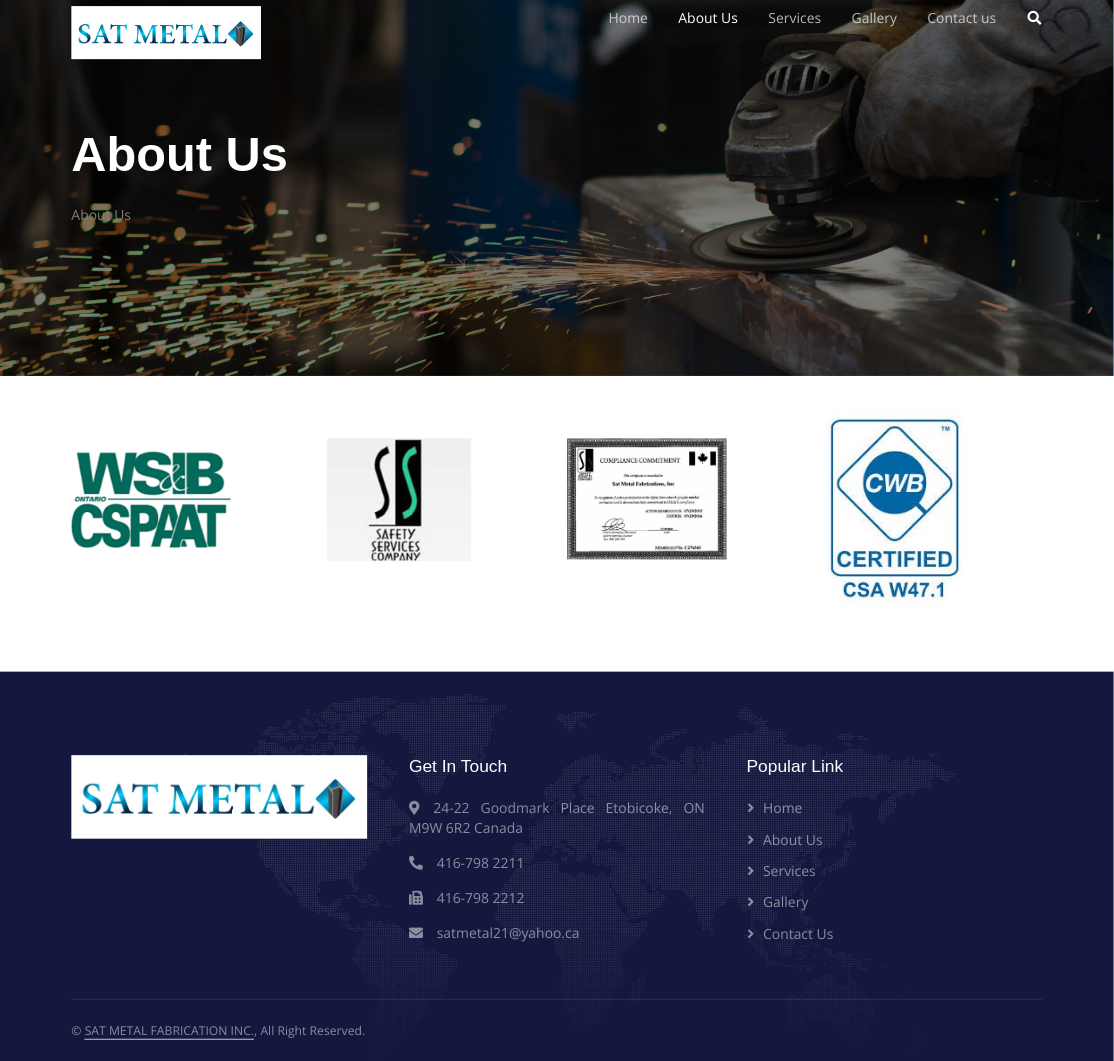
Repository: dzyte-services/satmetal
Page: http://localhost/about.php
These files come from the project's save history. The page is drawn as it stood at one moment and after the next save; the edit follows.
The browser window is 1280 px wide. The pictures show the whole page, at 87% of full size.
Some web fonts or font styles are not loaded; a fallback is used. Some web libraries are served in a nearby version. The page is run by PHP 8.4 with error messages shown; the project is at /var/www/html/.

Above is the page before, as saved 2023-11-08 17:52:00.

### about.php
<!DOCTYPE html>
<html lang="en">

<head>
    <meta charset="utf-8">
    <title>SAT - About</title>
    <meta content="width=device-width, initial-scale=1.0" name="viewport">
    <meta content="" name="keywords">
    <meta content="" name="description">

    <!-- Favicon -->
    <link href="img/favicon.ico" rel="icon">

    <!-- Google Web Fonts -->
    <link rel="preconnect" href="https://fonts.googleapis.com">
    <link rel="preconnect" href="https://fonts.gstatic.com" crossorigin>
    <link href="https://fonts.googleapis.com/css2?family=Open+Sans:wght@400;600&family=Ubuntu:wght@500;700&display=swap"
        rel="stylesheet">

    <!-- Icon Font Stylesheet -->
    <link href="https://cdnjs.cloudflare.com/ajax/libs/font-awesome/5.10.0/css/all.min.css" rel="stylesheet">
    <link href="https://cdn.jsdelivr.net/npm/bootstrap-icons@1.4.1/font/bootstrap-icons.css" rel="stylesheet">

    <!-- Libraries Stylesheet -->
    <link href="lib/animate/animate.min.css" rel="stylesheet">
    <link href="lib/owlcarousel/assets/owl.carousel.min.css" rel="stylesheet">

    <!-- Customized Bootstrap Stylesheet -->
    <link href="css/bootstrap.min.css" rel="stylesheet">

    <!-- Template Stylesheet -->
    <link href="css/style.css" rel="stylesheet">
</head>

<body>
    <!-- Spinner Start -->
    <!-- <div id="spinner"
        class="show bg-white position-fixed translate-middle w-100 vh-100 top-50 start-50 d-flex align-items-center justify-content-center">
        <div class="spinner-grow text-primary" style="width: 3rem; height: 3rem;" role="status">
            <span class="sr-only">Loading...</span>
        </div>
    </div> -->
    <!-- Spinner End -->


    <!-- Navbar Start -->
    <?php
        include "header.php";
    ?>
    <!-- Navbar End -->





    <!-- Full Screen Search Start -->
    <div class="modal fade" id="searchModal" tabindex="-1">
        <div class="modal-dialog modal-fullscreen">
            <div class="modal-content" style="background: rgba(20, 24, 62, 0.7);">
                <div class="modal-header border-0">
                    <button type="button" class="btn btn-square bg-white btn-close" data-bs-dismiss="modal"
                        aria-label="Close"></button>
                </div>
                <div class="modal-body d-flex align-items-center justify-content-center">
                    <div class="input-group" style="max-width: 600px;">
                        <input type="text" class="form-control bg-transparent border-light p-3"
                            placeholder="Type search keyword">
                        <button class="btn btn-light px-4"><i class="bi bi-search"></i></button>
                    </div>
                </div>
            </div>
        </div>
    </div>
    <!-- Full Screen Search End -->


    <!-- About Start -->
    <!-- Modal gallery -->
    <!-- Section: Images -->
    <div class="container-fluid py-5">
        <div class="container">
        <div class="row mt-4">
    <div class="col-lg-3 col-md-4 col-sm-6 mb-4">
        <div class="bg-image hover-overlay ripple shadow-1-strong rounded" data-ripple-color="light">
            <img src="img/img2.png" class="" style="width: 70%;" />
            <a href="#!" data-mdb-toggle="modal" data-mdb-target="#exampleModal2">
                <div class="mask" style="background-color: rgba(251, 251, 251, 0.2);"></div>
            </a>
        </div>
    </div>

    <div class="col-lg-3 col-md-4 col-sm-6 mb-4">
        <div class="bg-image hover-overlay ripple shadow-1-strong rounded" data-ripple-color="light">
            <img src="img/img3.png" class="" style="width: 70%;" />
            <a href="#!" data-mdb-toggle="modal" data-mdb-target="#exampleModal2">
                <div class="mask" style="background-color: rgba(251, 251, 251, 0.2);"></div>
            </a>
        </div>
    </div>

    <div class="col-lg-3 col-md-4 col-sm-6 mb-4">
        <div class="bg-image hover-overlay ripple shadow-1-strong rounded" data-ripple-color="light">
            <img src="img/img1.png" class="" style="width: 70%;" />
            <a href="#!" data-mdb-toggle="modal" data-mdb-target="#exampleModal2">
                <div class="mask" style="background-color: rgba(251, 251, 251, 0.2);"></div>
            </a>
        </div>
    </div>

    <div class="col-lg-3 col-md-4 col-sm-6 mb-4">
        <div class="bg-image hover-overlay ripple shadow-1-strong rounded" data-ripple-color="light">
            <img src="img/img4.jpeg" class="" style="width: 70%; margin-top: -35px;" />
            <a href="#!" data-mdb-toggle="modal" data-mdb-target="#exampleModal2">
                <div class="mask" style="background-color: rgba(251, 251, 251, 0.2);"></div>
            </a>
        </div>
    </div>
</div>


        </div>
    </div>


    <!-- Footer Start -->
    <?php
        include "footer.php";
    ?>
    <!-- Footer End -->


    <!-- Back to Top -->
    <a href="#" class="btn btn-lg btn-primary btn-lg-square back-to-top pt-2"><i class="bi bi-arrow-up"></i></a>


    <!-- JavaScript Libraries -->
    <script src="https://ajax.googleapis.com/ajax/libs/jquery/3.6.1/jquery.min.js"></script>
    <script src="https://cdn.jsdelivr.net/npm/bootstrap@5.0.0/dist/js/bootstrap.bundle.min.js"></script>
    <script src="lib/wow/wow.min.js"></script>
    <script src="lib/easing/easing.min.js"></script>
    <script src="lib/waypoints/waypoints.min.js"></script>
    <script src="lib/counterup/counterup.min.js"></script>
    <script src="lib/owlcarousel/owl.carousel.min.js"></script>

    <!-- Template Javascript -->
    <script src="js/main.js"></script>
</body>

</html>

### header.php
    <?php
        $currentPage1 = basename($_SERVER['PHP_SELF']);
    ?>
    <!-- Spinner Start -->
    <div id="spinner"
        class="show bg-white position-fixed translate-middle w-100 vh-100 top-50 start-50 d-flex align-items-center justify-content-center">
        <div class="spinner-grow text-primary" style="width: 3rem; height: 3rem;" role="status">
            <span class="sr-only">Loading...</span>
        </div>
    </div>
    <!-- Spinner End -->


    <!-- Navbar Start -->
    <div class="container-fluid sticky-top">
        <div class="container">
            <nav class="navbar navbar-expand-lg navbar-dark p-0">
                <div class="row">
                    <div class="col-lg-6">
                        <a href="index.php" class="navbar-brand">
                            <img class="img-fluid" width="40%" height="40%" src="img/logo2.jpeg" alt="">
                        </a>
                        <button type="button" class="navbar-toggler ms-auto me-0" data-bs-toggle="collapse"
                            data-bs-target="#navbarCollapse">
                            <span class="navbar-toggler-icon"></span>
                        </button>
                    </div>
                    <div class="col-lg-6 ">
                    <div class="collapse navbar-collapse" id="navbarCollapse">
                    <div class="navbar-nav ms-auto">
                        <a href="index.php" class="nav-item nav-link  <?php echo ($currentPage1 === 'index.php') ? 'active' : ''; ?>">Home</a>
                        <a href="about.php" class="nav-item nav-link <?php echo ($currentPage1 === 'about.php') ? 'active' : ''; ?>">About Us</a>
                        <a href="service.php" class="nav-item nav-link <?php echo ($currentPage1 === 'service.php') ? 'active' : ''; ?>">Services</a>
                        <a href="project.php" class="nav-item nav-link <?php echo ($currentPage1 === 'project.php') ? 'active' : ''; ?>">Gallery</a>

                        <a href="contact.php" class="nav-item nav-link <?php echo ($currentPage1 === 'contact.php') ? 'active' : ''; ?>">Contact us</a>
                    </div>
                    <butaton type="button" class="btn text-white p-0 d-none d-lg-block" data-bs-toggle="modal"
                        data-bs-target="#searchModal"><i class="fa fa-search"></i></butaton>
                </div>
                    </div>
                </div>


            </nav>
        </div>
    </div>
    <!-- Navbar End -->

    <div>
          <?php
                $currentPage = $_SERVER['SCRIPT_NAME'];
                $current_page = basename($currentPage);

                if ($current_page === "index.php") {
                    include("header/home.php");
                } elseif ($current_page === "about.php") {
                    include("header/about.php");
                } elseif ($current_page === "service.php") {
                    include("header/service.php");
                } elseif ($current_page === "project.php") {
                    include("header/gallery.php");
                } elseif ($current_page === "contact.php") {
                    include("header/contact.php");
                }



            ?>
    </div>

### header/about.php
<!-- Hero Start -->
<div class="container-fluid pt-5 bg-primary hero-header">
        <div class="container pt-5">
            <div class="row g-5 pt-5">
                <div class="col-lg-6 align-self-center text-center text-lg-start mb-lg-5">
                    <h1 class="display-4 text-white mb-4 animated slideInRight">About Us</h1>
                    <nav aria-label="breadcrumb">
                        <ol class="breadcrumb justify-content-center justify-content-lg-start mb-0">
                            <!-- <li class="breadcrumb-item"><a class="text-white" href="#">Home</a></li> -->
                            <!-- <li class="breadcrumb-item"><a class="text-white" href="#">Pages</a></li> -->
                            <li class="breadcrumb-item text-white active" aria-current="page">About Us</li>
                        </ol>
                    </nav>
                </div>
            </div>
        </div>
    </div>
    <!-- Hero End -->

### css/style.css
/********** Template CSS **********/
:root {
    --primary: #1363C6;
    --secondary: #15ACE1;
    --light: #F4F7FE;
    --dark: #14183E;
}


/*** Spinner ***/
#spinner {
    opacity: 0;
    visibility: hidden;
    transition: opacity .5s ease-out, visibility 0s linear .5s;
    z-index: 99999;
}

#spinner.show {
    transition: opacity .5s ease-out, visibility 0s linear 0s;
    visibility: visible;
    opacity: 1;
}

.back-to-top {
    position: fixed;
    display: none;
    right: 45px;
    bottom: 45px;
    z-index: 99;
}


/*** Heading ***/
h1,
h2,
h3,
.fw-bold {
    font-weight: 700 !important;
}

h4,
h5,
h6,
.fw-medium {
    font-weight: 500 !important;
}


/*** Button ***/
.btn {
    font-weight: 500;
    transition: .5s;
}

.btn-square {
    width: 38px;
    height: 38px;
}

.btn-sm-square {
    width: 32px;
    height: 32px;
}

.btn-lg-square {
    width: 48px;
    height: 48px;
}

.btn-square,
.btn-sm-square,
.btn-lg-square {
    padding: 0;
    display: flex;
    align-items: center;
    justify-content: center;
    font-weight: normal;
    border-radius: 50px;
}


/*** Navbar ***/
.sticky-top {
    top: -150px;
    transition: .5s;
}

.navbar {
    padding: 11px 0 !important;
    height: 75px;
}

.navbar .navbar-nav .nav-link {
    margin-right: 35px;
    padding: 0;
    color: rgba(255, 255, 255, .7);
    outline: none;
}

.navbar .navbar-nav .nav-link:hover,
.navbar .navbar-nav .nav-link.active {
    color: rgba(255, 255, 255, 1);
}

.navbar .dropdown-toggle::after {
    border: none;
    content: "\f107";
    font-family: "Font Awesome 5 Free";
    font-weight: 900;
    vertical-align: middle;
    margin-left: 8px;
}

@media (max-width: 991.98px) {
    .navbar .navbar-nav {
        padding: 0 15px;
        background: var(--primary);
    }

    .navbar .navbar-nav .nav-link  {
        margin-right: 0;
        padding: 10px 0;
    }
}

@media (min-width: 992px) {
    .navbar .nav-item .dropdown-menu {
        display: block;
        border: none;
        margin-top: 0;
        top: 150%;
        opacity: 0;
        visibility: hidden;
        transition: .5s;
    }

    .navbar .nav-item:hover .dropdown-menu {
        top: 100%;
        visibility: visible;
        transition: .5s;
        opacity: 1;
    }
}


/*** Hero Header ***/
.hero-header {
    margin-top: -75px;
    background: url(../img/background.webp) center center no-repeat ;
    background-size: cover;
    width: 100%;
    background-size: cover;
    position: relative;
    min-height: 60vh;
    padding: 160px 0 60px 0;

}
.hero-header::before {
    content: "";
    position: absolute;
    top: 0;
    left: 0;
    width: 100%;
    height: 100%;
    background: rgba(0, 0, 0, 0.5); /* Adjust the opacity as needed (0.5 for 50% opacity) */
}

.hero-header .breadcrumb-item+.breadcrumb-item::before {
    color: var(--light);
}


/*** Section Title ***/
.section-title::before {
    position: absolute;
    content: "";
    width: 45px;
    height: 4px;
    bottom: 0;
    left: 0;
    background: var(--dark);
}

.section-title::after {
    position: absolute;
    content: "";
    width: 4px;
    height: 4px;
    bottom: 0;
    left: 50px;
    background: var(--dark);
}

.section-title.text-center::before {
    left: 50%;
    margin-left: -25px;
}

.section-title.text-center::after {
    left: 50%;
    margin-left: 25px;
}

.section-title h6::before,
.section-title h6::after {
    position: absolute;
    content: "";
    width: 10px;
    height: 10px;
    top: 2px;
    left: 0;
    background: rgba(33, 66, 177, .5);
}

.section-title h6::after {
    top: 5px;
    left: 3px;
}


/*** About ***/
.about-img {
    position: relative;
    overflow: hidden;
}

.about-img::after {
    position: absolute;
    content: "";
    width: 100%;
    height: 100%;
    top: 0;
    left: 0;
    background: url(../img/bg-about-img.png) top left no-repeat;
    background-size: contain;
}


/*** Service ***/
.service-item {
    position: relative;
    padding: 45px 30px;
    background: #FFFFFF;
    transition: .5s;
}

.service-item:hover {
    background: var(--primary);
}

.service-item .service-icon {
    margin: 0 auto 20px auto;
    width: 90px;
    height: 90px;
    color: var(--primary);
    background: var(--light);
    transition: .5s;
}

.service-item:hover .service-icon {
    background: #FFFFFF;
}

.service-item h5,
.service-item p {
    transition: .5s;
}

.service-item:hover h5,
.service-item:hover p {
    color: #FFFFFF;
}

.service-item a.btn {
    position: relative;
    display: flex;
    color: var(--primary);
    transition: .5s;
    z-index: 1;
}

.service-item:hover a.btn {
    color: var(--primary);
}

.service-item a.btn::before {
    position: absolute;
    content: "";
    width: 35px;
    height: 35px;
    top: 0;
    left: 0;
    border-radius: 35px;
    background: var(--light);
    transition: .5s;
    z-index: -1;
}

.service-item:hover a.btn::before {
    width: 100%;
    background: var(--light);
}


/*** Feature ***/
.feature {
    background: url(../img/bg-hero.png) center center no-repeat;
    background-size: cover;
}


/*** Newsletter ***/
.newsletter {
    background: url(../img/bg-hero.png) center center no-repeat;
    background-size: cover;
}

@media (min-width: 992px) {
    .newsletter .container {
        max-width: 100% !important;
    }

    .newsletter .newsletter-text  {
        padding-right: calc(((100% - 960px) / 2) + .75rem);
    }
}

@media (min-width: 1200px) {
    .newsletter .newsletter-text  {
        padding-right: calc(((100% - 1140px) / 2) + .75rem);
    }
}

@media (min-width: 1400px) {
    .newsletter .newsletter-text  {
        padding-right: calc(((100% - 1320px) / 2) + .75rem);
    }
}


/*** Case Study ***/
.case-item img {
    transition: .5s;
}

.case-item:hover img {
    transform: scale(1.2);
}

.case-overlay {
    position: absolute;
    padding: 30px;
    width: 100%;
    height: 100%;
    top: 0;
    left: 0;
    display: flex;
    flex-direction: column;
    align-items: flex-start;
    justify-content: flex-end;
    background: linear-gradient(rgba(20, 24, 62, 0), var(--dark));
    z-index: 1;
}

.case-overlay small {
    display: inline-block;
    padding: 3px 15px;
    color: #FFFFFF;
    background: rgba(20, 24, 62, .7);
    border-radius: 25px;
    margin-bottom: 15px;
}

.case-overlay span.btn:hover {
    color: var(--primary);
    background: #FFFFFF;
    border-color: #FFFFFF;
}


/*** FAQs ***/
.accordion .accordion-item {
    border: none;
    margin-bottom: 15px;
}

.accordion .accordion-button {
    background: var(--light);
    border-radius: 2px;
}

.accordion .accordion-button:not(.collapsed) {
    color: #FFFFFF;
    background: var(--primary);
    box-shadow: none;
}

.accordion .accordion-button:not(.collapsed)::after {
    background-image: url("data:[embedded picture, 261 characters]");
}

.accordion .accordion-body {
    padding: 15px 0 0 0;
}


/*** Testimonial ***/
.testimonial-carousel {
    position: relative;
}

.testimonial-carousel .owl-nav {
    position: absolute;
    width: 40px;
    height: 100%;
    top: calc(50% - 50px);
    left: -21px;
    display: flex;
    flex-direction: column;
    align-items: center;
}

.testimonial-carousel .owl-nav .owl-prev,
.testimonial-carousel .owl-nav .owl-next {
    margin: 5px 0;
    width: 40px;
    height: 40px;
    display: flex;
    align-items: center;
    justify-content: center;
    color: var(--primary);
    background: #FFFFFF;
    border: 1px solid var(--primary);
    border-radius: 40px;
    font-size: 18px;
    transition: .5s;
}

.testimonial-carousel .owl-nav .owl-prev:hover,
.testimonial-carousel .owl-nav .owl-next:hover {
    background: var(--primary);
    color: #FFFFFF;
}

.testimonial-carousel .owl-dots {
    margin-top: 35px;
    margin-left: 3rem;
}

.testimonial-carousel .owl-dot {
    position: relative;
    display: inline-block;
    margin-right: 10px;
    width: 15px;
    height: 15px;
    background: #FFFFFF;
    border: 1px solid var(--primary);
    border-radius: 15px;
    transition: .5s;
}

.testimonial-carousel .owl-dot.active {
    width: 30px;
    background: var(--primary);
}


/*** Team ***/
.team-item {
    transition: .5s;
    border: 1px solid transparent;
    transition: .5s;
}

.team-item:hover {

    border-color: var(--primary);
}


/*** Footer ***/
.footer {
    background: url(../img/footer.png) center center no-repeat;
    background-size: contain;
}

.footer .btn.btn-social {
    margin-right: 5px;
    width: 40px;
    height: 40px;
    display: flex;
    align-items: center;
    justify-content: center;
    color: rgba(255,255,255,.5);
    border: 1px solid rgba(256, 256, 256, .1);
    border-radius: 40px;
    transition: .3s;
}

.footer .btn.btn-social:hover {
    color: var(--primary);
}

.footer .btn.btn-link {
    display: block;
    margin-bottom: 10px;
    padding: 0;
    text-align: left;
    color: rgba(255,255,255,.5);
    font-weight: normal;
    transition: .3s;
}

.footer .btn.btn-link:hover {
    color: #FFFFFF;
}

.footer .btn.btn-link::before {
    position: relative;
    content: "\f105";
    font-family: "Font Awesome 5 Free";
    font-weight: 900;
    margin-right: 10px;
}

.footer .btn.btn-link:hover {
    letter-spacing: 1px;
    box-shadow: none;
}

.footer .copyright {
    padding: 25px 0;
    font-size: 14px;
    border-top: 1px solid rgba(256, 256, 256, .1);
}

.footer .copyright a {
    color: rgba(255,255,255,.5);
}

.footer .copyright a:hover {
    color: #FFFFFF;
}

.footer .footer-menu a {
    margin-right: 15px;
    padding-right: 15px;
    border-right: 1px solid rgba(255, 255, 255, .1);
}

.footer .footer-menu a:last-child {
    margin-right: 0;
    padding-right: 0;
    border-right: none;
}

Loaded but not shown: lib/animate/animate.min.css (library); lib/owlcarousel/assets/owl.carousel.min.css (common file); css/bootstrap.min.css (library); lib/wow/wow.min.js (library); lib/easing/easing.min.js (common file); lib/waypoints/waypoints.min.js (library); lib/counterup/counterup.min.js (common file); lib/owlcarousel/owl.carousel.min.js (library); js/main.js (64 lines, source omitted); footer.php (70 lines, source omitted)

After the next save:
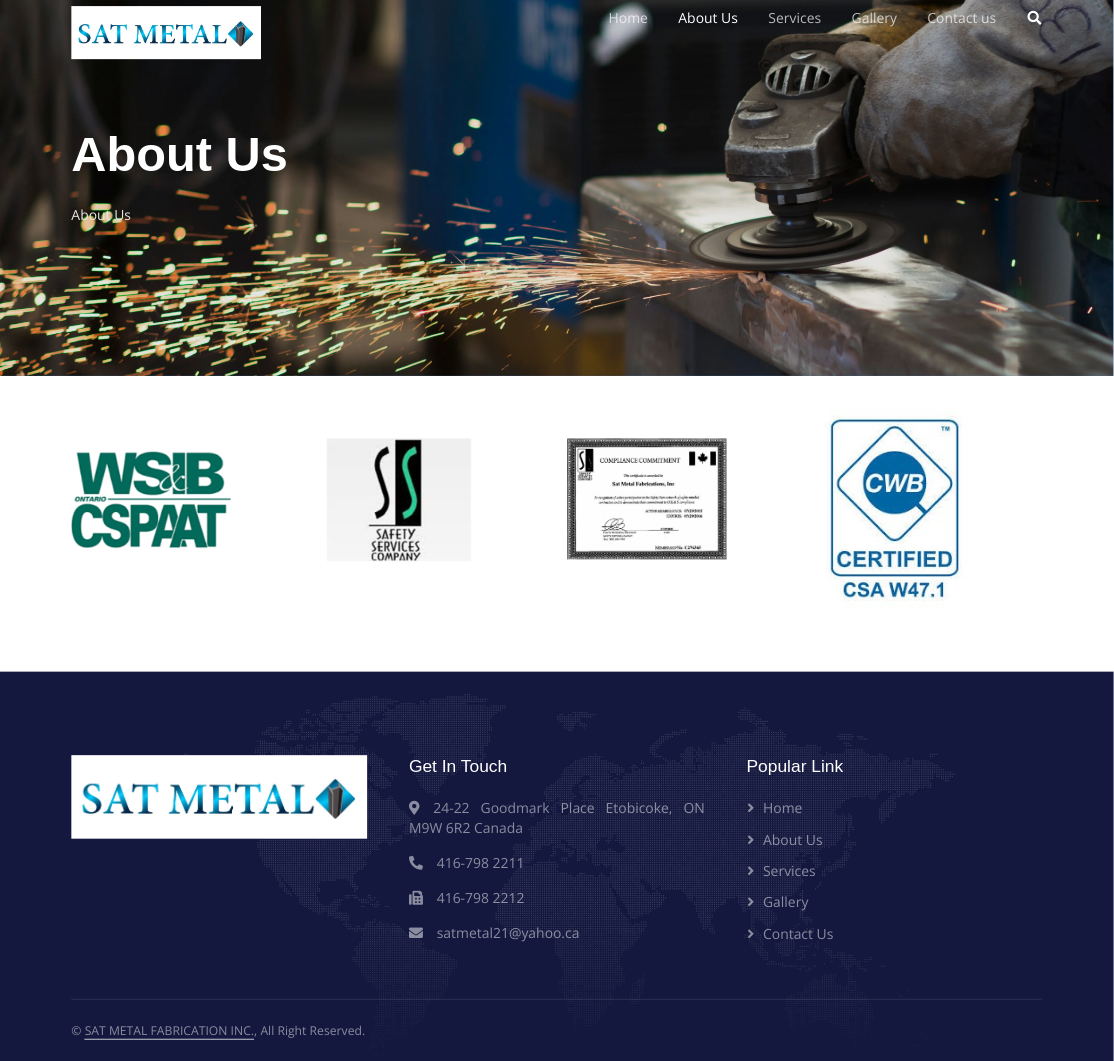
Saved 15 s later.
--- a/css/style.css
+++ b/css/style.css
@@ -162,7 +162,7 @@
     left: 0;
     width: 100%;
     height: 100%;
-    background: rgba(0, 0, 0, 0.5); /* Adjust the opacity as needed (0.5 for 50% opacity) */
+    background: rgba(0, 0, 0, 0.1); /* Adjust the opacity as needed (0.5 for 50% opacity) */
 }
 
 .hero-header .breadcrumb-item+.breadcrumb-item::before {
